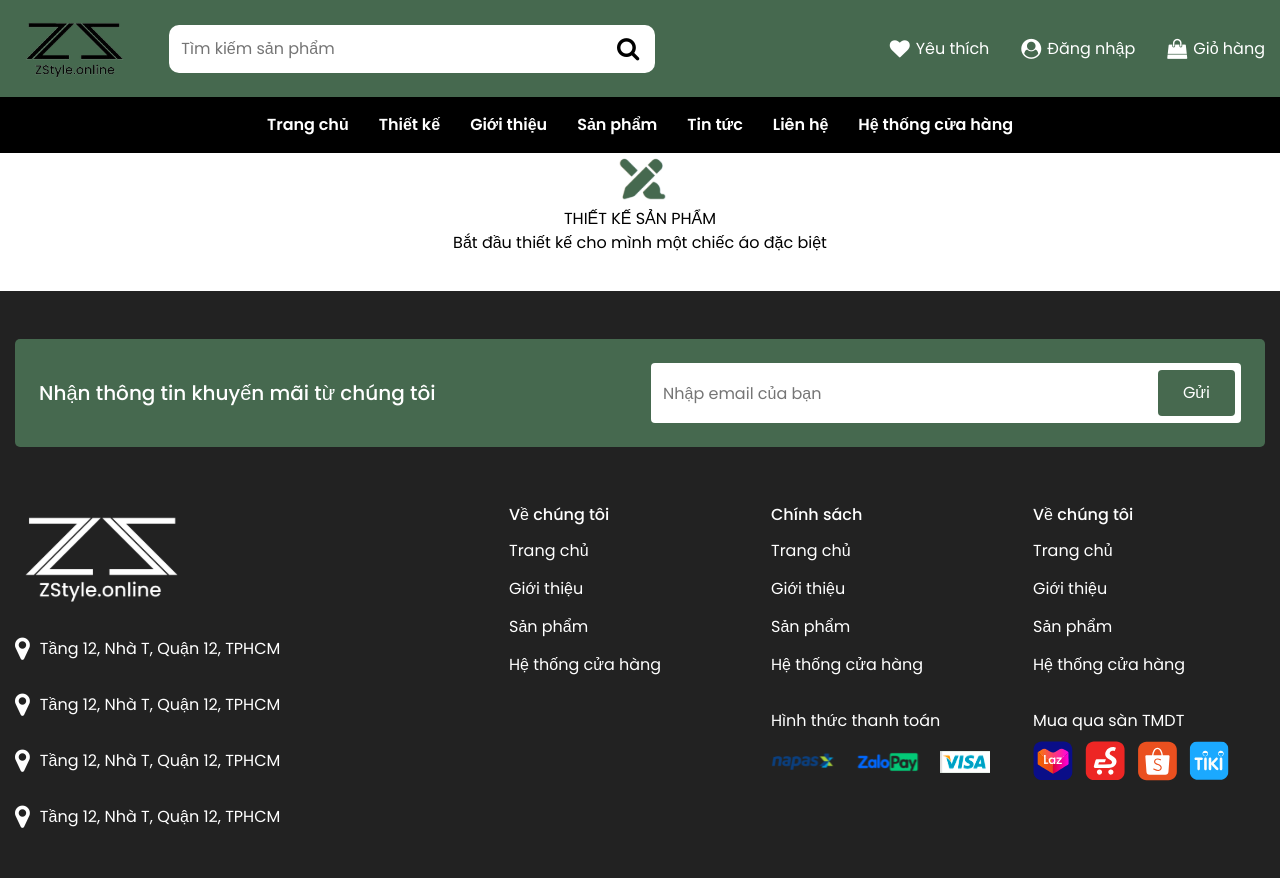
Repository: Toan3333/duanmau
Page: assets/pages/tintuc.html
These files come from the project's save history. The page is drawn as it stood at one moment and after the next save; the edit follows.
The browser window is 1280 px wide. The pictures show the whole page.
Some web libraries are served in a nearby version.

Above is the page before, as saved 2023-11-07 21:46:15.
Console error: TypeError: Cannot read properties of null (reading 'addEventListener')

### assets/pages/tintuc.html
<!DOCTYPE html>
<html lang="en">
  <head>
    <meta charset="UTF-8" />
    <meta name="viewport" content="width=device-width, initial-scale=1.0" />
    <title>Tin tức</title>
    <link
      rel="stylesheet"
      type="text/css"
      href="https://cdn.jsdelivr.net/npm/slick-carousel@1.8.1/slick/slick.css" />
    <link rel="stylesheet" href="../css/style.css" />
    <link
      rel="stylesheet"
      href="https://cdnjs.cloudflare.com/ajax/libs/font-awesome/4.7.0/css/font-awesome.min.css"
      integrity="sha512-SfTiTlX6kk+qitfevl/7LibUOeJWlt9rbyDn92a1DqWOw9vWG2MFoays0sgObmWazO5BQPiFucnnEAjpAB+/Sw=="
      crossorigin="anonymous"
      referrerpolicy="no-referrer" />
    <link
      rel="stylesheet"
      type="text/css"
      href="https://cdn.jsdelivr.net/npm/slick-carousel@1.8.1/slick/slick.css" />

    <link
      href="https://fonts.googleapis.com/css?family=Poppins:100,100italic,200,200italic,300,300italic,regular,italic,500,500italic,600,600italic,700,700italic,800,800italic,900,900italic"
      rel="stylesheet" />
  </head>
  <body>
    <div class="app">
      <!-- Header -->
      <header class="header">
        <div class="container">
          <div class="header-main">
            <div class="header-logo">
              <a href="#">
                <img src="../images/logo.svg" alt="" />
              </a>
            </div>
            <form action="" class="header-form">
              <div class="header-input">
                <input type="text" placeholder="Tìm kiếm sản phẩm" />
                <div class="header-input-icon">
                  <i class="fa fa-search" aria-hidden="true"></i>
                </div>
              </div>
            </form>
            <div class="header-auth">
              <div class="header-auth__item">
                <i class="fa fa-heart" aria-hidden="true"></i>
                <a href="#" class="header-link">Yêu thích</a>
              </div>
              <div class="header-auth__item">
                <i class="fa fa-user-circle" aria-hidden="true"></i>
                <a href="#" class="header-link">Đăng nhập</a>
              </div>
              <div class="header-auth__item">
                <i class="fa fa-shopping-bag" aria-hidden="true"></i>
                <a href="#" class="header-link">Giỏ hàng</a>
              </div>
            </div>
          </div>
        </div>
      </header>
      <!-- Header end -->
      <section class="header-bottom">
        <div class="container">
          <div class="header-bottom__main">
            <ul class="header-menu">
              <li class="header-menu-item">
                <a href="/index.html" class="header-menu-link">Trang chủ</a>
              </li>
              <li class="header-menu-item">
                <a href="#" class="header-menu-link">Thiết kế</a>
              </li>
              <li class="header-menu-item">
                <a href="#" class="header-menu-link">Giới thiệu</a>
              </li>
              <li class="header-menu-item">
                <a href="#" class="header-menu-link">Sản phẩm</a>
              </li>
              <li class="header-menu-item">
                <a href="#" class="header-menu-link">Tin tức</a>
              </li>
              <li class="header-menu-item">
                <a href="#" class="header-menu-link">Liên hệ</a>
              </li>
              <li class="header-menu-item">
                <a href="#" class="header-menu-link">Hệ thống cửa hàng</a>
              </li>
            </ul>
          </div>
        </div>
      </section>
      <section class="news">
        <div class="container">
          <div class="design-center">
            <img src="../images/design-icon.svg" alt="" />
            <h2>THIẾT KẾ SẢN PHẨM</h2>
            <p>Bắt đầu thiết kế cho mình một chiếc áo đặc biệt</p>
          </div>
        </div>
      </section>
      <footer class="footer">
        <div class="container">
          <div class="footer-box">
            <div class="footer-box__title">Nhận thông tin khuyến mãi từ chúng tôi</div>
            <form action="" class="footer-form">
              <div class="footer-form__input">
                <input class="form-control" type="text" placeholder="Nhập email của bạn " />
                <div class="footer-form__submit">
                  <button type="submit" class="footer-btn">Gửi</button>
                </div>
              </div>
            </form>
          </div>
          <div class="footer-list">
            <div class="footer-column">
              <div class="footer-logo">
                <a href="#">
                  <img src="../images/logo-footer.svg" alt="" />
                </a>
                <div class="footer-nav">
                  <ul class="footer-menu">
                    <li class="footer-item">
                      <a href="#" class="footer-link"
                        ><i class="fa fa-map-marker" aria-hidden="true"></i>
                        Tầng 12, Nhà T, Quận 12, TPHCM
                      </a>
                    </li>
                    <li class="footer-item">
                      <a href="#" class="footer-link"
                        ><i class="fa fa-map-marker" aria-hidden="true"></i>
                        Tầng 12, Nhà T, Quận 12, TPHCM
                      </a>
                    </li>
                    <li class="footer-item">
                      <a href="#" class="footer-link"
                        ><i class="fa fa-map-marker" aria-hidden="true"></i>
                        Tầng 12, Nhà T, Quận 12, TPHCM
                      </a>
                    </li>
                    <li class="footer-item">
                      <a href="#" class="footer-link"
                        ><i class="fa fa-map-marker" aria-hidden="true"></i>
                        Tầng 12, Nhà T, Quận 12, TPHCM
                      </a>
                    </li>
                  </ul>
                </div>
              </div>
            </div>
            <div class="footer-column">
              <h4 class="footer-title">Về chúng tôi</h4>
              <ul class="footer-menus">
                <li>
                  <a href="#" class="footer-link">Trang chủ </a>
                </li>
                <li>
                  <a href="#" class="footer-link">Giới thiệu</a>
                </li>
                <li>
                  <a href="#" class="footer-link">Sản phẩm</a>
                </li>
                <li>
                  <a href="#" class="footer-link">Hệ thống cửa hàng</a>
                </li>
              </ul>
            </div>
            <div class="footer-column">
              <h4 class="footer-title">Chính sách</h4>
              <ul class="footer-menus">
                <li>
                  <a href="#" class="footer-link">Trang chủ </a>
                </li>
                <li>
                  <a href="#" class="footer-link">Giới thiệu</a>
                </li>
                <li>
                  <a href="#" class="footer-link">Sản phẩm</a>
                </li>
                <li>
                  <a href="#" class="footer-link">Hệ thống cửa hàng</a>
                </li>
              </ul>
              <div class="footer-checkout">
                <div class="footer-checkout__title">Hình thức thanh toán</div>
                <div class="footer-checkout__icon">
                  <img src="../images/napas.svg" alt="" />
                  <img src="../images/zalopay-icon.svg" alt="" />
                  <img src="../images/visa.svg" alt="" />
                </div>
              </div>
            </div>
            <div class="footer-column">
              <h4 class="footer-title">Về chúng tôi</h4>
              <ul class="footer-menus">
                <li>
                  <a href="#" class="footer-link">Trang chủ </a>
                </li>
                <li>
                  <a href="#" class="footer-link">Giới thiệu</a>
                </li>
                <li>
                  <a href="#" class="footer-link">Sản phẩm</a>
                </li>
                <li>
                  <a href="#" class="footer-link">Hệ thống cửa hàng</a>
                </li>
              </ul>
              <div class="footer-checkout">
                <div class="footer-checkout__title">Mua qua sàn TMDT</div>
                <div class="footer-checkout__icon">
                  <img class="footer-icon__image" src="../images/lazada.svg" alt="" />
                  <img class="footer-icon__image" src="../images/sendo.svg" alt="" />
                  <img class="footer-icon__image" src="../images/shopee.svg" alt="" />
                  <img class="footer-icon__image" src="../images/tiki.svg" alt="" />
                </div>
              </div>
            </div>
          </div>
        </div>
      </footer>
    </div>
    <script type="text/javascript" src="https://code.jquery.com/jquery-1.11.0.min.js"></script>
    <script
      type="text/javascript"
      src="https://code.jquery.com/jquery-migrate-1.2.1.min.js"></script>
    <script
      type="text/javascript"
      src="https://cdn.jsdelivr.net/npm/slick-carousel@1.8.1/slick/slick.min.js"></script>
    <script src="./assets/js/app.js"></script>
  </body>
</html>

Loaded but not shown: assets/js/app.js (47 lines, source omitted); assets/css/style.css (2242 lines, source omitted)

After the next save:
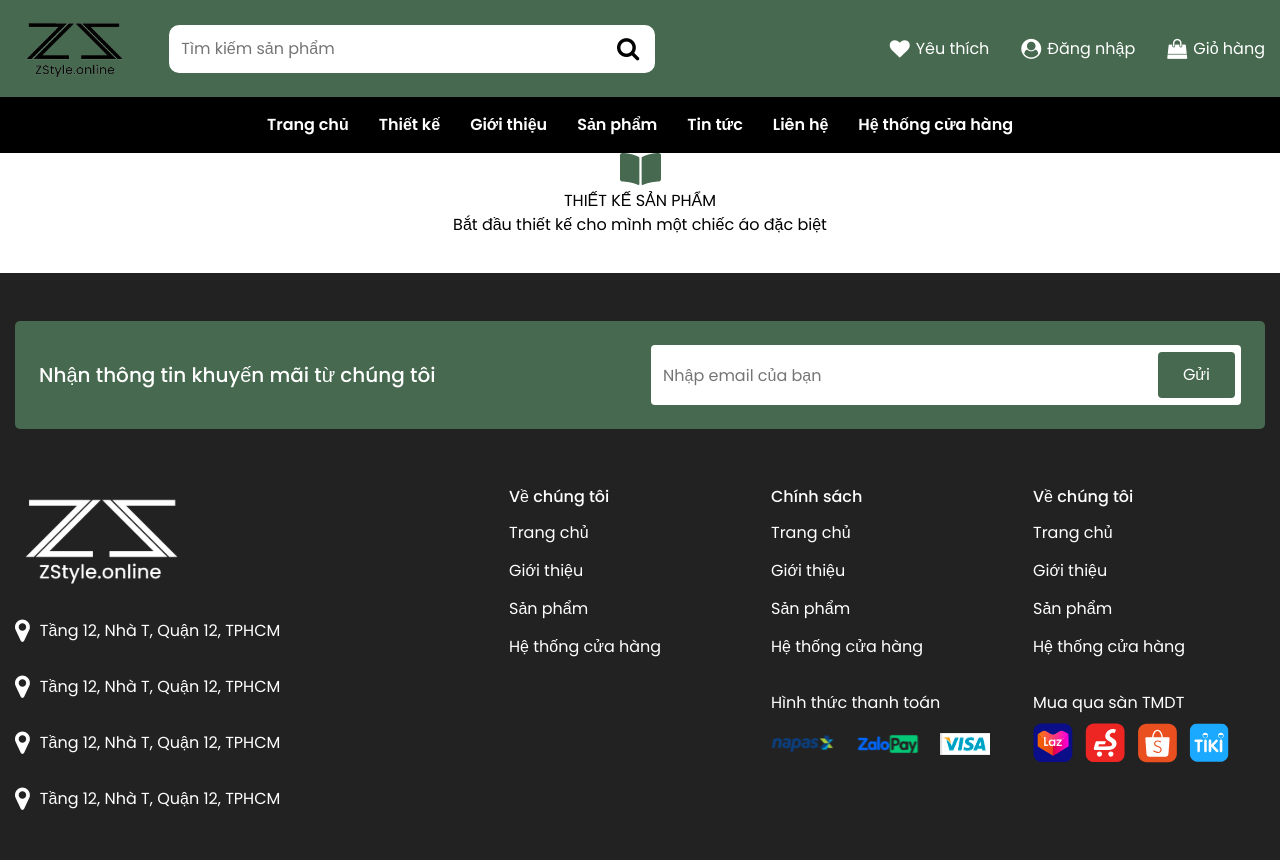
Saved 42 s later.
--- a/assets/pages/tintuc.html
+++ b/assets/pages/tintuc.html
@@ -93,7 +93,16 @@
       <section class="news">
         <div class="container">
           <div class="design-center">
-            <img src="../images/design-icon.svg" alt="" />
+            <svg
+              xmlns="http://www.w3.org/2000/svg"
+              width="41"
+              height="32"
+              viewBox="0 0 41 32"
+              fill="none">
+              <path
+                d="M38.5962 0.00387899C34.6954 0.226021 26.9423 1.03459 22.156 3.97457C21.8258 4.17743 21.6386 4.53814 21.6386 4.91528V30.9059C21.6386 31.7309 22.5376 32.2523 23.2957 31.8694C28.22 29.3823 35.3418 28.7037 38.8631 28.518C40.0654 28.4545 41 27.4873 41 26.328V2.19673C41.0007 0.931732 39.9074 -0.0704064 38.5962 0.00387899ZM18.844 3.97457C14.0584 1.03459 6.30528 0.226735 2.40452 0.00387899C1.09335 -0.0704064 0 0.931732 0 2.19673V26.3288C0 27.4887 0.934617 28.4559 2.13688 28.5187C5.65966 28.7045 12.785 29.3837 17.7093 31.8723C18.4653 32.2544 19.3614 31.7337 19.3614 30.9109V4.90243C19.3614 4.52457 19.175 4.17814 18.844 3.97457Z"
+                fill="#46694F" />
+            </svg>
             <h2>THIẾT KẾ SẢN PHẨM</h2>
             <p>Bắt đầu thiết kế cho mình một chiếc áo đặc biệt</p>
           </div>
